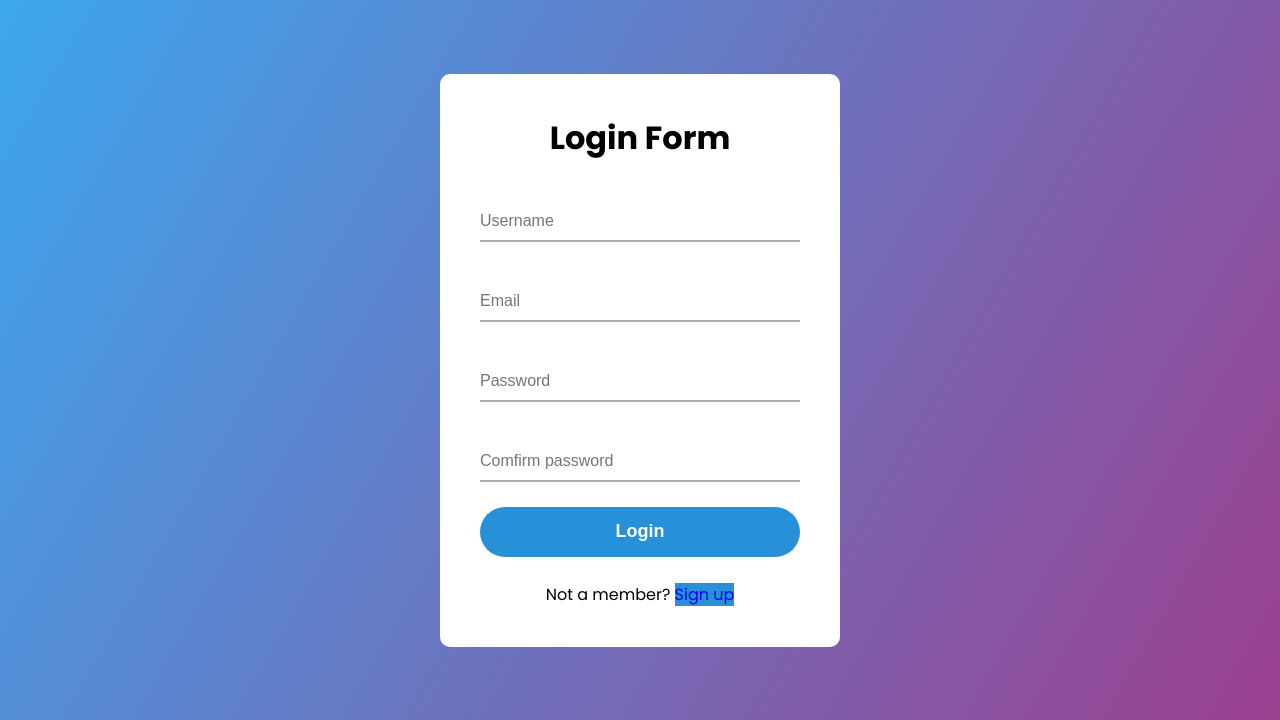
Repository: QUANGTHAI2003/Form-Validation
Page: index.html
These files come from the project's save history. The page is drawn as it stood at one moment and after the next save; the edit follows.
The browser window is 1280 px wide. The pictures show the whole page.

Above is the page before, as saved 2022-03-13 14:34:08.

### index.html
<!DOCTYPE html>
<html lang="en">
    <head>
        <meta charset="UTF-8" />
        <meta http-equiv="X-UA-Compatible" content="IE=edge" />
        <meta name="viewport" content="width=device-width, initial-scale=1.0" />
        <title>Document</title>
        <link rel="stylesheet" href="./style.css" />
    </head>
    <body>
        <div class="container">
            <h1>Login Form</h1>
            <div class="form-control">
                <input type="text" placeholder="Username" />
                <small></small>
                <span></span>
            </div>
            <div class="form-control">
                <input type="email" placeholder="Email" />
                <small></small>
                <span></span>
            </div>
            <div class="form-control">
                <input type="password" placeholder="Password" />
                <small></small>
                <span></span>
            </div>
            <div class="form-control">
                <input type="password" placeholder="Comfirm password" />
                <small></small>
                <span></span>
            </div>
            <button type="submit" class="btn-submit">Login</button>
            <div class="signup-link">Not a member? <a href="#">Sign up</a></div>
        </div>
        <script src="./app.js"></script>
    </body>
</html>

### style.css
@import url('https://fonts.googleapis.com/css2?family=Poppins:wght@300;400;500;600;700&display=swap');

:root {
    --success-color: #2691d9;
    --error-color: #e74c3c;
}

* {
    margin: 0;
    padding: 0;
    box-sizing: border-box;
}

body {
    height: 100vh;
    background: linear-gradient(120deg, #3ca7ee, #9b408f);
    overflow: hidden;
    font-family: 'Poppins';
    display: flex;
    justify-content: center;
    align-items: center;
}

.container {
    width: 400px;
    border: none;
    border-radius: 10px;
    background: #fff;
    padding: 40px;
}

.container h1 {
    text-align: center;
}

.form-control {
    width: 100%;
    position: relative;
    margin-top: 40px;
}

.form-control input {
    width: 100%;
    height: 40px;
    font-size: 16px;
    border: none;
    outline: none;
    border-bottom: 2px solid #adadad;
}

.form-control span {
    position: absolute;
    border-bottom: 3px solid var(--success-color);
    top: 38px;
    left: 0;
    right: 0;
    width: 0%;
    transition: 0.6s;
}

.form-control input:focus~span {
    width: 100%;
}

.form-control.error small {
    color: var(--error-color);
}

.form-control.error input {
    border-bottom: 2px solid var(--error-color);
}

.btn-submit {
    width: 100%;
    height: 50px;
    border-radius: 25px;
    border: none;
    outline: none;
    background: var(--success-color);
    color: white;
    font-size: 18px;
    font-weight: bold;
    margin: 25px 0;
}

.signup-link {
    text-align: center;
}

.signup-link a {
    background: var(--success-color);
    text-decoration: none;
    cursor: pointer;
}

Loaded but not shown: app.js (no copy from this time; the picture is the same without it)

After the next save:
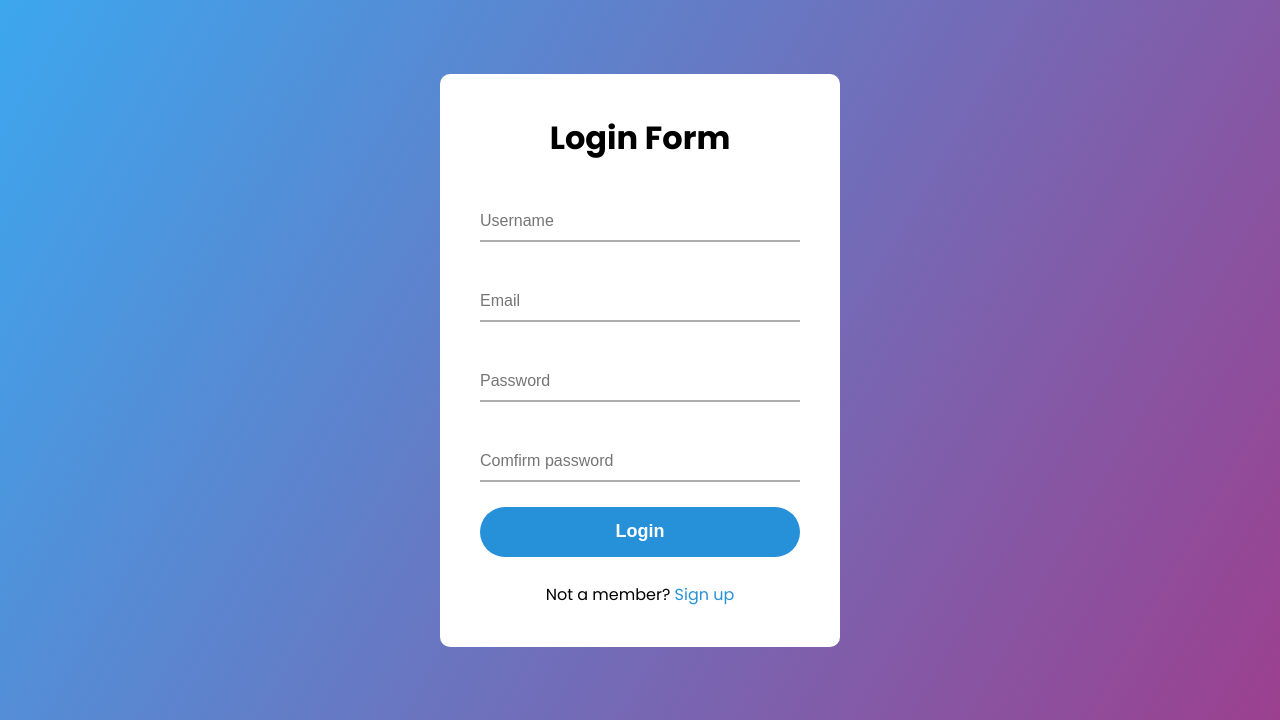
Saved 13 s later.
--- a/style.css
+++ b/style.css
@@ -88,7 +88,7 @@ body {
 }
 
 .signup-link a {
-    background: var(--success-color);
+    color: var(--success-color);
     text-decoration: none;
     cursor: pointer;
 }
